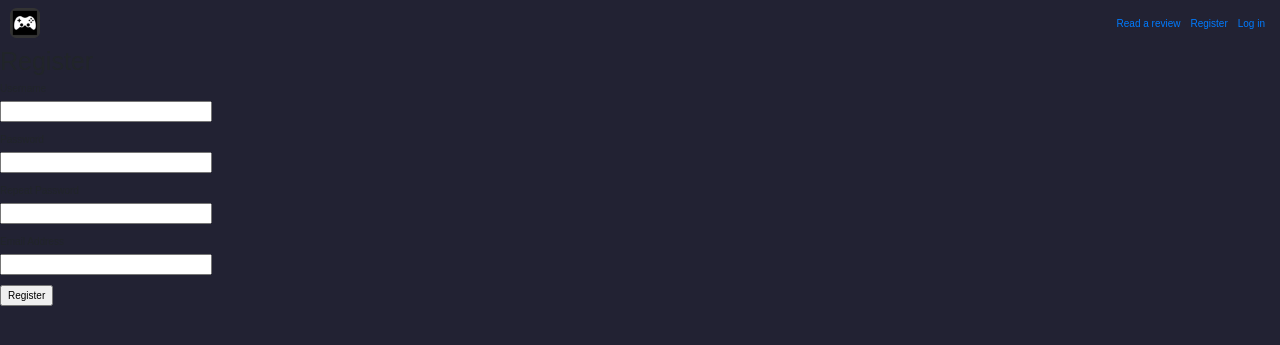
Repository: amit238/milestone-project-3
Page: http://localhost/register
The author's editor kept a record of every edit. The page is drawn from the files as they stood at one moment, then again after the next edit.
The browser window is 1280 px wide. The pictures show the whole page.
Some web libraries are served in a nearby version. The page is served by the project's application, run on Flask 3 (app.py).

Above is the page before.

### templates/register.html
{% extends "base.html" %}
{% block nav_register %}active{% endblock %}
{% block content %}
    <h1 class="color-center-header">Register</h1>
    {% with messages = get_flashed_messages() %}
        {% if messages %}
            <ul>
                {% for message in messages %}
                    <li class="alert-warning">{{ message }}</li>
                {% endfor %}
            </ul>
        {% endif %}
    {% endwith %}
    <form action="" method="post">
        {{ form.csrf_token }}
        <p class="c">
            {{ form.username.label }}<br>
            {{ form.username(size=32) }}<br
            {% for error in form.username.errors %}
                <span style="color: red;">{{ error }}</span>
            {% endfor %}
        </p>
        <p>
            {{ form.password.label }}<br>
            {{ form.password(size=32) }}<br>
            {% for error in form.password.errors %}
                <span style="color: red;">{{ error }}</span>
            {% endfor %}
        </p>
        <p>
            {{ form.password2.label }}<br>
            {{ form.password2(size=32) }}<br>
            {% for error in form.password2.errors %}
                <span style="color: red;">{{ error }}</span>
            {% endfor %}
        </p>
        <p>
            {{ form.email.label }}<br>
            {{ form.email(size=32) }}<br>
            {% for error in form.email.errors %}
                <span style="color: red;">{{ error }}</span>
            {% endfor %}
        </p>
        <p>{{ form.submit() }}</p>
    </form>
{% endblock %}

### templates/base.html
<!DOCTYPE html>
<html lang="en">

<head>
  <meta charset="UTF-8">
  <meta name="viewport" content="width=device-width, initial-scale=1.0">
  <meta http-equiv="X-UA-Compatible" content="ie=edge"> {% if title %}
  <title>GameScan - {{ title }} </title>
  {% else %}
  <title>Welcome to GameScan!</title>
  {% endif %}
  <link rel="stylesheet" href="https://maxcdn.bootstrapcdn.com/bootstrap/4.2.1/css/bootstrap.min.css" type="text/css" />
  <link rel="stylesheet" href="https://use.fontawesome.com/releases/v5.0.10/css/all.css" integrity="sha384-+d0P83n9kaQMCwj8F4RJB66tzIwOKmrdb46+porD/OvrJ+37WqIM7UoBtwHO6Nlg" crossorigin="anonymous">
  <link rel="stylesheet" href="{{url_for('static', filename='css/style.css')}}" type="text/css" />
  <link rel="shortcut icon" type="image/ico" href="{{ url_for('static', filename='img/favicon.ico') }}" />
</head>

<body>
  <header>
    <nav class="navbar navbar-expand-lg navbar-custom bg-custom ">
      <a class="navbar-brand" href="{{ url_for('index') }}">
       <img src="{{ url_for('static', filename='img/favicon.ico') }}" width="30" height="30" alt="">
  </a>
      <button class="navbar-toggler" type="button" data-toggle="collapse" data-target="#navbarNavAltMarkup" aria-controls="navbarNavAltMarkup" aria-expanded="false" aria-label="Toggle navigation">
    <span class="navbar-toggler-icon"></span>
  </button>
      <div class="collapse navbar-collapse" id="navbarNavAltMarkup">
        <div class="navbar-nav ml-auto">
          {% if session['logged_in'] == True %}
          <a class="nav-item nav-link" href="{{ url_for('reviews') }}">Read a review</a>
          <a class="nav-item nav-link" href="{{ url_for('addreview') }}">Write a review</a>
          <a class="nav-item nav-link" href="{{ url_for('logout') }}">Sign Out</a>
          {% else %}
          <a class="nav-item nav-link" href="{{ url_for('reviews') }}">Read a review</a>
          <a class="nav-item nav-link" href="{{ url_for('register') }}">Register</a>
          <a class="nav-item nav-link" href="{{ url_for('login') }}">Log in</a>
          {% endif %}
        </div>
      </div>
    </nav>
    {% block content %} {% endblock %}
  </header>
  <script src="https://code.jquery.com/jquery-3.5.1.js" integrity="sha256-QWo7LDvxbWT2tbbQ97B53yJnYU3WhH/C8ycbRAkjPDc=" crossorigin="anonymous"></script>
  <script src="https://cdnjs.cloudflare.com/ajax/libs/popper.js/1.14.6/umd/popper.min.js" integrity="sha384-wHAiFfRlMFy6i5SRaxvfOCifBUQy1xHdJ/yoi7FRNXMRBu5WHdZYu1hA6ZOblgut" crossorigin="anonymous"></script>
  <script src="https://stackpath.bootstrapcdn.com/bootstrap/4.2.1/js/bootstrap.min.js" integrity="sha384-B0UglyR+jN6CkvvICOB2joaf5I4l3gm9GU6Hc1og6Ls7i6U/mkkaduKaBhlAXv9k" crossorigin="anonymous"></script>
</body>

</html>

### app.py
import os
if os.path.exists("env.py"):
  import env
from flask import Flask, render_template, redirect, request, url_for, flash, session
from forms import LoginForm, RegisterForm, ReviewGameForm
from flask_pymongo import PyMongo
from bson.objectid import ObjectId
import bcrypt

app = Flask(__name__)
app.config["MONGO_DBNAME"] = 'game_scan'
app.config["MONGO_URI"] = os.environ.get('MONGO_URI')

mongo = PyMongo(app)

SECRET_KEY = os.urandom(32)
app.config['SECRET_KEY'] = SECRET_KEY



@app.route('/reviews')
def reviews():
    return render_template('reviews.html', title="Read a review!", game_reviews=mongo.db.game_reviews.find())







@app.route('/')
def index():
    return render_template('index.html', title="Home")






# Adding Log in

@app.route('/login', methods=['GET', 'POST'])
def login():
    """Login handler"""
    if session.get('logged_in'):
        if session['logged_in'] is True:
            return redirect(url_for('index', title="Log In"))

    form = LoginForm()

    if form.validate_on_submit():
        # get all users
        users = mongo.db.users
        # try and get one with same name as entered
        db_user = users.find_one({'name': request.form['username']})

        if db_user:
            # check password using hashing
            if bcrypt.hashpw(request.form['password'].encode('utf-8'),
                             db_user['password']) == db_user['password']:
                session['username'] = request.form['username']
                session['logged_in'] = True
                # successful redirect to home logged in
                return redirect(url_for('index', title="Sign In", form=form))
            # must have failed set flash message
            flash('Invalid username/password combination')
    return render_template("login.html", title="Sign In", form=form)





@app.route('/logout')
def logout():
    """Clears session and redirects to home"""
    session.clear()
    return redirect(url_for('index'))





# Adding in Register form

@app.route('/register', methods=['GET', 'POST'])
def register():
    """Handles registration functionality"""
    form = RegisterForm(request.form)
    if form.validate_on_submit():
        # get all the users
        users = mongo.db.users
        # see if we already have the entered username
        existing_user = users.find_one({'name': request.form['username']})

        if existing_user is None:
            # hash the entered password
            hash_pass = bcrypt.hashpw(request.form['password'].encode('utf-8'), bcrypt.gensalt())
            # insert the user to DB
            users.insert_one({'name': request.form['username'],
                          'password': hash_pass,
                          'email': request.form['email']})
            session['username'] = request.form['username']
            return redirect(url_for('index'))
        # duplcate username set flash message and reload page
        flash('Sorry, that username is already taken - use another')
        return redirect(url_for('register'))
    return render_template('register.html', title='Register', form=form)





# Adding a review

@app.route('/addreview', methods=['GET', 'POST'])
def addreview():

   # If user is not logged in a message will appear

    if 'logged_in' not in session:
        flash('To add a review you need to sign in', 'warning')
        return redirect(url_for('login'))

   # If form submits successfully

    form = ReviewGameForm(request.form)
    if request.method == 'POST':
        game_reviews=mongo.db.game_reviews
        print('inside')
        print('rating:' + request.form['rating'])
        # import pdb; pdb.set_trace()
        # add form content to db as a new record
        game_reviews.insert_one({
            'user_created': session['username'],
            'name': request.form['name'],
            'genre': request.form['genre'],
            'rating': request.form['rating'],
            'description': request.form['description'],
            })

        flash('Your Review has been added ', 'success')

        # send to my reviews template on successful add
        return redirect(url_for('reviews'))

    return render_template('addreview.html', form=form,
                           title='Add a Review')





# Editing a review

@app.route('/editreview/<id>', methods=['GET', 'POST'])
def editreview(id):

    # Users can edit a review if logged in

    if 'logged_in' not in session:
        # if a user trys to go to edit review without been logged in

        flash('You will need to log in to edit a review', 'warning')
        return redirect(url_for('login'))  # sending to log in

    one_review = mongo.db.game_reviews.find_one({'_id': ObjectId(id)})
    # retrieving record from db

    # if a user trys to go to edit review that they don't own
    if one_review['user_created'] != session['user_created']:
        flash('You do  not own this review and cannot edit it. ',
              'warning')
        return redirect(url_for('login'))  # sending to log in

    form = ReviewGameForm(data=one_review)

    if form.validate_on_submit():  # if form submits successfully
        game_reviews = mongo.db.game_reviews


        # add form content to db as a new record
        game_reviews.update_one({'_id': ObjectId(id)}, {'$set': {
            'name': request.form['name'],
            'genre': request.form['genre'],
            'rating': request.form['rating'],
            'description': request.form['description'],
            }})

        flash('Your review has been updated!', 'success')

        # send to my review template on successful addupdate
        return redirect(url_for('reviews', id=id))

    return render_template('editreview.html', form=form,
                           title='Edit a  Review')


# Delete a review

# If user is logged in and wants to delete a review

@app.route('/delete/<id>', methods=['GET', 'POST'])
def deletereview(id):

    if 'logged_in' not in session:

        flash('You need to log in to delete a review', 'warning')
        return redirect(url_for('login'))  # sending to log in

    # retrieving record from db

    # if a user trys to go to edit review that they don't own
    one_review = mongo.db.reviews.find_one({'_id': ObjectId(id)})

    # retrieving record from db

    # if a user trys to go to edit review that they don't own
    if one_review['username'] != session['username']:
        flash('You do not own this review and cannot delete it.' +
              ' A user can only edit or delete their own reviews',
              'warning')

        return redirect(url_for('index'))  # sending to log in

    flash("You have successfully deleted your review.",
          'warning')
    mongo.db.reviews.delete_one({'_id': ObjectId(id)})
    return redirect(url_for('index'))


if __name__ == '__main__':
    app.run(host=os.environ.get('IP'),
            port=int(os.environ.get('PORT')),
            debug=True)

### forms.py
from flask_wtf import FlaskForm
from wtforms import StringField, PasswordField, BooleanField, SubmitField, TextAreaField, SelectField
from wtforms.validators import DataRequired, Length, EqualTo, Email


class LoginForm(FlaskForm):
    username = StringField('Username', validators=[DataRequired()])
    password = PasswordField('Password', validators=[DataRequired()])
    remember_me = BooleanField('Remember Me')
    submit = SubmitField('Sign In')


class RegisterForm(FlaskForm):
    username = StringField('Username', validators=[DataRequired(),
                                                   Length(min=4, max=20)])
    password = PasswordField('Password',
                             validators=[DataRequired(),
                                         EqualTo('password2', message='Passwords must match')])
    password2 = PasswordField('Repeat Password')
    email = StringField('Email Address', validators=[Length(min=6, max=35), Email()])
    remember_me = BooleanField('Remember Me')
    submit = SubmitField('Register')


class ReviewGameForm(FlaskForm):

    user_created = StringField('User Created', validators=[DataRequired(), Length(min=1, max=100)])

    name = StringField('Name', validators=[DataRequired(),Length(min=1, max=150)])

    genre = SelectField(u'Genre', choices=[
        ('action/adventure', 'Action/Adventure'),
        ('sports', 'Sports'),
        ('shooters', 'Shooters'),
        ('role-playing', 'Role-Playing'),
        ('racing', 'Racing'),
        ])

    rating = SelectField(u'Rating', choices=[
        ('1', '1'),
        ('2', '2'),
        ('3', '3'),
        ('4', '4'),
        ('5', '5'),
        ('6', '6'),
        ('7', '7'),
        ('8', '8'),
        ('9', '9'),
        ('10', '10'),
        ])

    description = TextAreaField('Description', validators=[DataRequired(), Length(min=2, max=1500)])

    submit_add = SubmitField('Add Review')
    submit_edit = SubmitField('Update Review')

### static/css/style.css
html {
  font-size: 10px;
}

body {
  padding: 0;
  margin: 0;
  background-color: #222233;
  font-family: 'Poppins', sans-serif;
  ;
}

/*----Navbar----*/

/*----Homepage----*/

.padding-text-align {
  padding-top: 5em;
  text-align: center;
}

.homepage-card {
  font-size: large;
  background-color: rgba(34, 34, 51, 0.5);
  border-radius: 2em;
  border-width: thick;
  animation: fade-cards-in 2s ease-out;
  margin-bottom: 5px;
  color: #AACCFF
}

@keyframes fade-cards-in {
  0% {
    opacity: .5;
    transform: translateY(30px);
  }
  80% {
    transform: translateY(3px);
  }
  100% {
    opacity: 1;
    transform: translate(0);
  }
}

.background {
  background-image: url('../img/night.jpg');
  background-color: #222233;
  background-size: cover;
  background-repeat: no-repeat;
  height: 100vh;
}

.homepage {
  padding-top: 15em;
  text-align: center;
}

/*----Add Review----*/
/*-some css also in reviews.html to stop repeating-*/

.form-bg {
  background-color: #222233;
  margin-top: 2em;
}

.form-text {
  color: #AACCFF;
  font-size: 1.4rem;
  border-width: thick;
}

.form-btn {
  text-align: center;
  background-color: #222233;
}
.center-header {
  text-align: center;
}

/*----Reviews----*/

.center {
  text-align: center;
  border-width: thick;
}

.description {
  margin-top: 1em;
  font-weight: 800;
  text-align: left;
}


/*----Register----*/
/*-some css also in login.html to stop repeating-*/

.color-center {
  color: #AACCFF;
  text-align: center;
}

.padding-top {
  padding-top: 1em;
}


.border-box {
  border-radius: 1rem;
}

After the next edit:
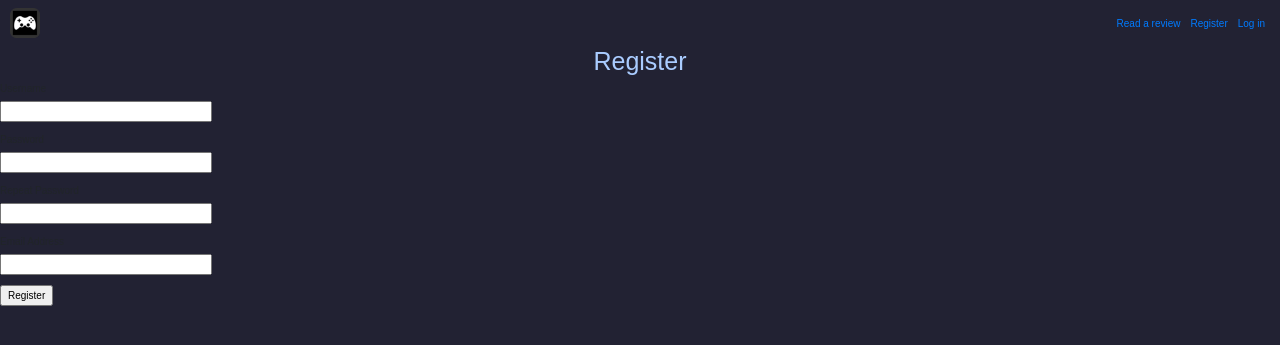
The edit:
--- a/templates/register.html
+++ b/templates/register.html
@@ -1,7 +1,7 @@
 {% extends "base.html" %}
 {% block nav_register %}active{% endblock %}
 {% block content %}
-    <h1 class="color-center-header">Register</h1>
+    <h1 class="color-center">Register</h1>
     {% with messages = get_flashed_messages() %}
         {% if messages %}
             <ul>
